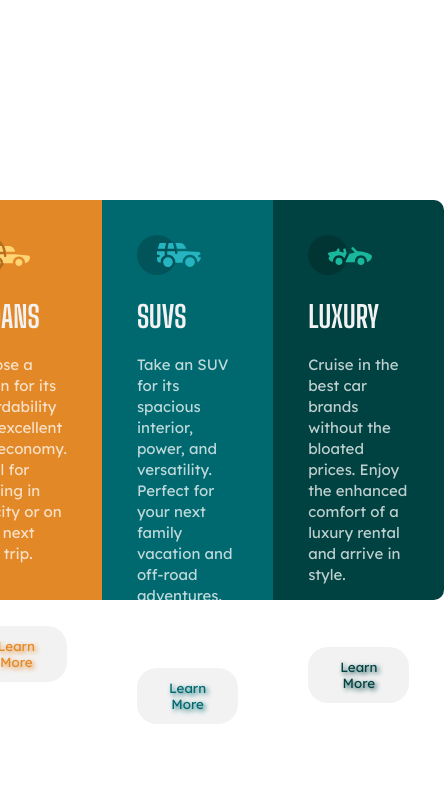
Repository: thaibaocoder1/3-column-card
Page: index.html
An editor plug-in stored every save of this project. The page is shown before and after a run of saves, followed by the edit.
The browser window is 375 px wide. The page is 444 px wide, then 375 px, so the pictures cover 444 px, including what lies to the right of the window. The pictures show the whole page.

Above is the page before, as saved 2023-01-11 21:19:15.

### index.html
<!DOCTYPE html>
<html lang="en">
<head>
  <meta charset="UTF-8">
  <meta name="viewport" content="width=device-width, initial-scale=1.0">
  <link rel="icon" type="image/png" sizes="32x32" href="./images/favicon-32x32.png">
  <title>Frontend Mentor | 3-column preview card component</title>
  <link rel="preconnect" href="https://fonts.googleapis.com">
  <link rel="preconnect" href="https://fonts.gstatic.com" crossorigin>
  <link href="https://fonts.googleapis.com/css2?family=Big+Shoulders+Display:wght@700&family=Lexend+Deca&display=swap" rel="stylesheet">
  <link rel="stylesheet" href="./styles.css">
</head>
<body>

  <main class="container">
    <div class="container__box container__box--one">
      <img src="./images/icon-sedans.svg" alt="" class="container--image">
      <h1 class="container--heading">Sedans</h1>
      <p class="container--content">
        Choose a sedan for its affordability and excellent fuel economy. Ideal for cruising in the city
        or on your next road trip.
      </p>
      <button class="container--btn container--btn-one">Learn More</button>
    </div>

    <div class="container__box container__box--two">
      <img src="./images/icon-suvs.svg" alt="" class="container--image">
      <h1 class="container--heading">Suvs</h1>
      <p class="container--content">
        Take an SUV for its spacious interior, power, and versatility. Perfect for your next family vacation
        and off-road adventures.
      </p>
      <button class="container--btn container--btn-two">Learn More</button>
    </div>

    <div class="container__box container__box--three">
      <img src="./images/icon-luxury.svg" alt="" class="container--image">
      <h1 class="container--heading">Luxury</h1>
      <p class="container--content">
        Cruise in the best car brands without the bloated prices. Enjoy the enhanced comfort of a luxury
        rental and arrive in style.
      </p>
      <button class="container--btn container--btn-three">Learn More</button>
    </div>
  </main>


</body>
</html>

### styles.css
* {
    margin: 0;
    padding: 0;
    box-sizing: border-box;
}
html {
    font-size: 62.5%;
}
body {
    text-rendering: optimizeLegibility;
    scroll-behavior: smooth;
    font-family: 'Big Shoulders Display', cursive;
    font-family: 'Lexend Deca', sans-serif;
    display: flex;
    align-items: center;
    justify-content: center;
    min-height: calc(100vh - 1px);
}
:root {
    --bright-orange: hsl(31, 77%, 52%);
    --dark-cyan: hsl(184, 100%, 22%);
    --very-dark-cyan: hsl(179, 100%, 13%);
    --white-p:  hsla(0, 0%, 100%, 0.75);
    --light-gray: hsl(0, 0%, 95%);
}
.container {
    max-width: 90rem;
    height: 40rem;
    margin: 0 auto;
    display: flex;
    align-items: stretch;
    justify-content: center;
}
.container .container__box {
    padding: 3.5rem;
    flex-basis: 30%;
}
.container .container__box--one {
    background-color: var(--bright-orange);
    border-radius: 1rem 0 0 1rem;
}
.container .container__box--two {
    background-color: var(--dark-cyan);
}
.container .container__box--three {
    background-color: var(--very-dark-cyan);
    border-radius: 0 1rem 1rem 0;
}
.container__box .container--heading {
    color: var(--light-gray);
    font-family: 'Big Shoulders Display', cursive;
    text-transform: uppercase;
    font-size: 3rem;
    margin: 2rem 0;
    font-weight: 500;
}
.container__box .container--content {
    color: var(--white-p);
    margin-bottom: 6.2rem;
    font-size: 1.5rem;
    line-height: 1.4;
}
.container__box .container--btn {
    padding: 1.2rem 3.2rem;
    border: none;
    border-radius: 2rem;
    background-color: var(--light-gray);
    cursor: pointer;
    transition: all 0.25s linear;
}
.container__box .container--btn-one {
    color: var(--bright-orange);
    font-family: 'Lexend Deca', sans-serif;
    font-weight: 500;
    text-shadow: 2px 2px 5px var(--bright-orange);
}
.container__box .container--btn-two {
    color: var(--dark-cyan);
    font-family: 'Lexend Deca', sans-serif;
    font-weight: 500;
    text-shadow: 2px 2px 5px var(--dark-cyan);
}
.container__box .container--btn-three {
    color: var(--very-dark-cyan);
    font-family: 'Lexend Deca', sans-serif;
    font-weight: 500;
    text-shadow: 2px 2px 5px var(--very-dark-cyan);
}
.container__box .container--btn:hover {
    background-color: transparent;
    color: #fff;
}

After the next 2 saves:
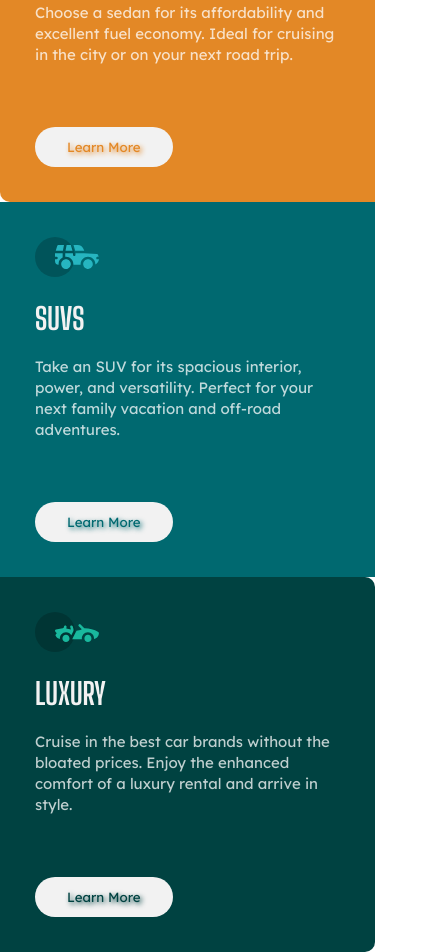
The 2 saves are shown as one change because they came seconds apart.
The last was saved 74 s later.
--- a/styles.css
+++ b/styles.css
@@ -90,3 +90,9 @@
     background-color: transparent;
     color: #fff;
 }
+
+@media screen and (max-width: 375px) {
+    .container {
+        flex-direction: column;
+    }
+}
